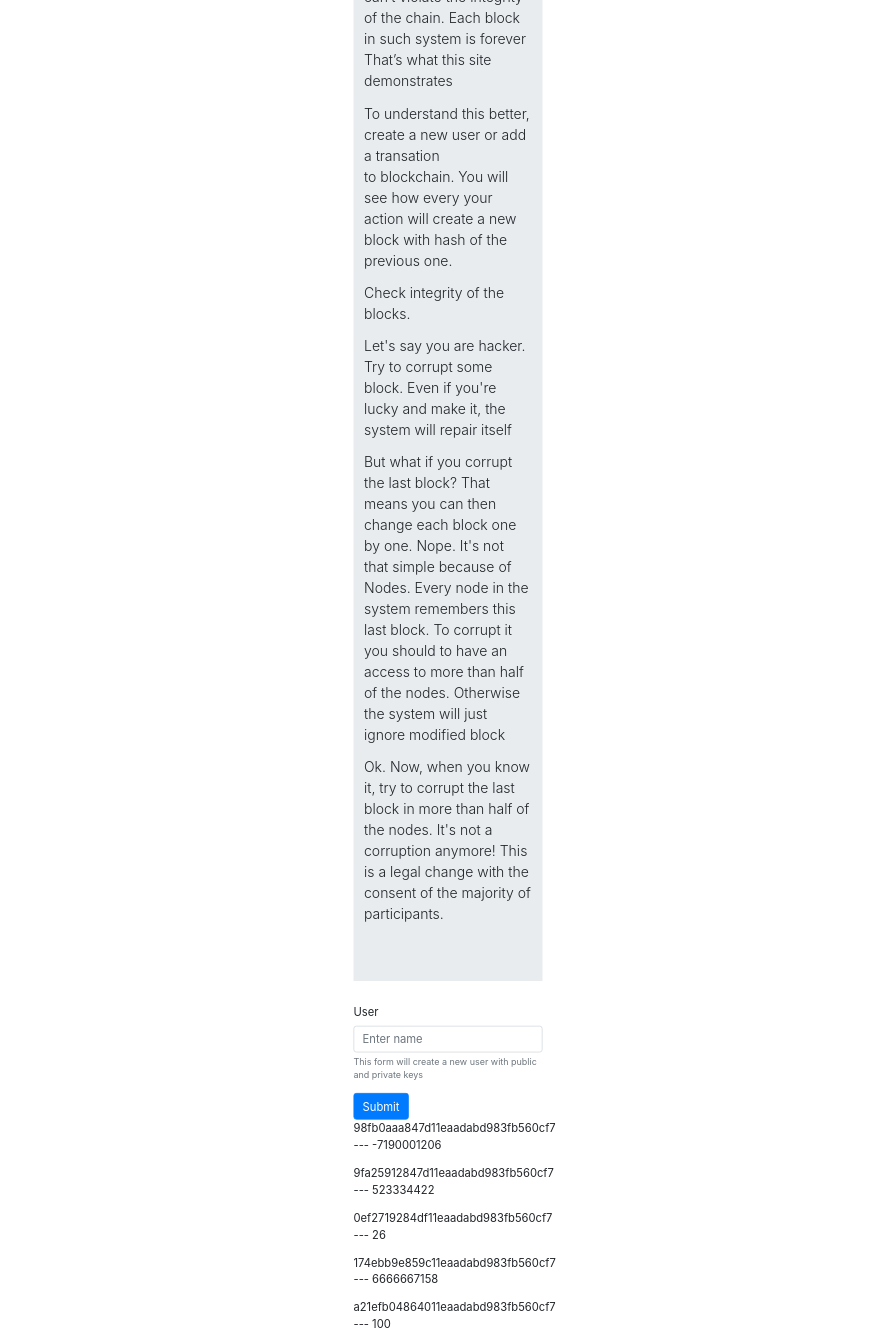
Repository: ivan151/blockchain
Page: http://localhost/
These files come from the project's save history. The page is drawn as it stood at one moment and after a run of saves; the edit follows.
The browser window is 1280 px wide. The pictures show the part of the page from y = 648 to 2568 px (the page is 2568 px tall before and 2248 px after), at 70% of full size.
The page is served by the project's application, run on Flask 3 (main.py). The page reads the database file committed with the project.

Above is the page before, as saved 2020-04-25 16:05:01.

After the next 2 saves:
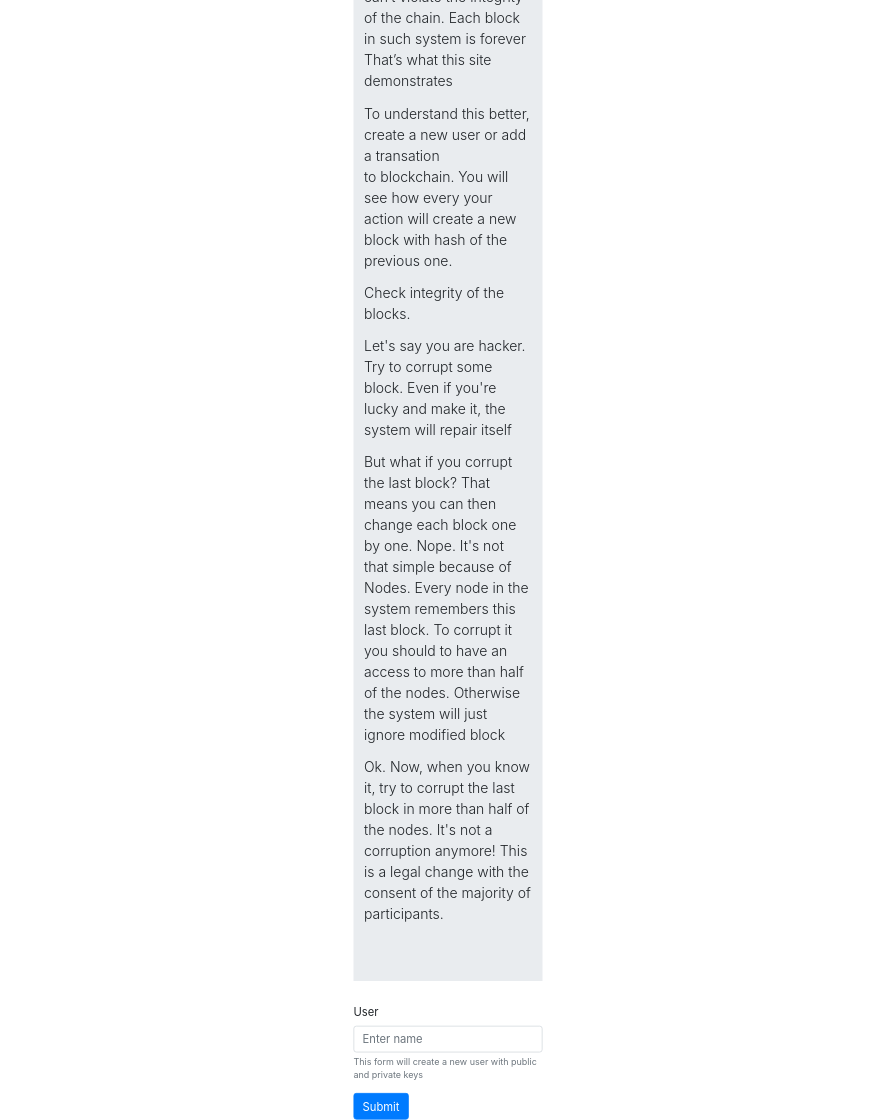
The 2 saves are shown as one change because 1 did not build or start.
The last was saved 110 min 33 s later.
--- a/templates/index.html
+++ b/templates/index.html
@@ -28,12 +28,4 @@
         </div>
         <button type="submit" class="btn btn-primary">Submit</button>
     </form>
-
-    <div class="all_users">
-        {% for user in users %}
-        <p>{{ user.public_key }} --- {{user.balance}}</p>
-        {% endfor %}
-
-
-    </div>
     {% endblock %}
